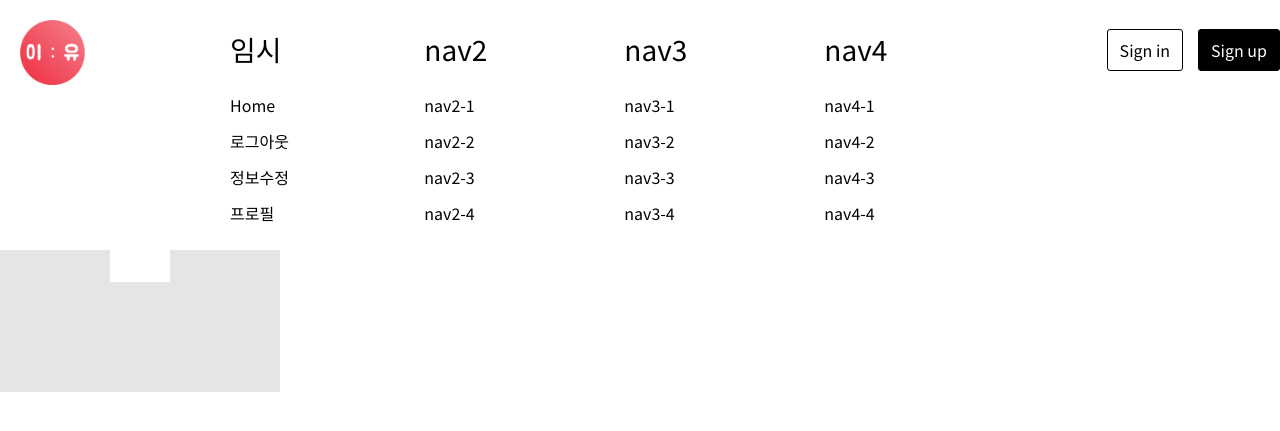
Repository: ryuwc/E_U
Page: /feeling (app in final-pjt-front/)
The author's editor kept a copy of each file at every save. The page is drawn from the files as they stood at one save, then again after the next save.
The browser window is 1280 px wide. The pictures show the whole page.
The page's requests for data from a server got no answer. Some web libraries are served in a nearby version. The project was rebuilt for these pictures with package versions that can differ from the ones it lists, and the page was loaded fresh each time. No one was signed in, and anything a server would have sent is missing. Also part of the build but not shown: final-pjt-front/vue.config.js.

Above is the page before, as saved 2022-11-23 11:30:29.

### final-pjt-front/public/index.html
<!DOCTYPE html>
<html lang="">
  <head>
    <meta charset="utf-8">
    <meta http-equiv="X-UA-Compatible" content="IE=edge">
    <meta name="viewport" content="width=device-width,initial-scale=1.0">
    <link rel="icon" href="<%= BASE_URL %>favicon.ico">
    <title>이:유</title>
    <link href="https://cdn.jsdelivr.net/npm/bootstrap@5.2.0/dist/css/bootstrap.min.css" rel="stylesheet" integrity="sha384-gH2yIJqKdNHPEq0n4Mqa/HGKIhSkIHeL5AyhkYV8i59U5AR6csBvApHHNl/vI1Bx" crossorigin="anonymous">
    <link rel="preconnect" href="https://fonts.googleapis.com">
    <link rel="preconnect" href="https://fonts.gstatic.com" crossorigin>
    <link href="https://fonts.googleapis.com/css2?family=Pacifico&display=swap" rel="stylesheet">

    <!-- 온보딩 -->
    <link rel="preconnect" href="https://fonts.googleapis.com" />
    <link rel="preconnect" href="https://fonts.gstatic.com" crossorigin />
    <link href="https://fonts.googleapis.com/css2?family=Noto+Sans+KR:wght@300;400;500;700&display=swap" rel="stylesheet" />
  </head>
  <body>
    <noscript>
      <strong>We're sorry but <%= htmlWebpackPlugin.options.title %> doesn't work properly without JavaScript enabled. Please enable it to continue.</strong>
    </noscript>
    <div id="app"></div>
    <!-- built files will be auto injected -->
    <script src="https://cdn.jsdelivr.net/npm/bootstrap@5.2.0/dist/js/bootstrap.bundle.min.js" integrity="sha384-A3rJD856KowSb7dwlZdYEkO39Gagi7vIsF0jrRAoQmDKKtQBHUuLZ9AsSv4jD4Xa" crossorigin="anonymous"></script>
    <script src="https://kit.fontawesome.com/703c5975bf.js" crossorigin="anonymous"></script>
  </body>
</html>

### final-pjt-front/src/main.js
import Vue from 'vue'
import App from './App.vue'
import store from './store'
import router from './router'
import './assets/tailwind.css'

Vue.config.productionTip = false

new Vue({
  store,
  router,
  render: h => h(App)
}).$mount('#app')

### final-pjt-front/src/App.vue
<template>
  <div id="app">
    <body>
      <header id="header">
        <div class="header">

          <img src="./image/logo.png"
          style="width: 65px; height: 65px; margin-left: 20px; margin-top: 20px; margin-bottom: 20px;"
          >

          <nav>
            <ul>
              <li>
                <div class="list">
                  <h3 class="nav_text">임시</h3>
                  <div class="hidden_nav_list">
                    <a href="">
                      <router-link  to="/home"><p class="hidden_nav_list_text">Home</p></router-link>
                    </a>
                    <a href="" @click.prevent="logOut">
                      <p class="hidden_nav_list_text">로그아웃</p>
                    </a>
                    <a href="">
                      <router-link to="/edit"><p class="hidden_nav_list_text">정보수정</p></router-link>
                    </a>
                    <a href="">
                      <router-link to="/profile"><p class="hidden_nav_list_text">프로필</p></router-link>
                    </a>
                  </div>
                </div>
              </li>
              <li>
                <div class="list">
                  <h3 class="nav_text">nav2</h3>
                  <div class="hidden_nav_list">
                    <a href="">
                      <p class="hidden_nav_list_text">nav2-1</p>
                    </a>
                    <a href="">
                      <p class="hidden_nav_list_text">nav2-2</p>
                    </a>
                    <a href="">
                      <p class="hidden_nav_list_text">nav2-3</p>
                    </a>
                    <a href="">
                      <p class="hidden_nav_list_text">nav2-4</p>
                    </a>
                  </div>
                </div>
              </li>
              <li>
                <div class="list">
                  <h3 class="nav_text">nav3</h3>
                  <div class="hidden_nav_list">
                    <a href="">
                      <p class="hidden_nav_list_text">nav3-1</p>
                    </a>
                    <a href="">
                      <p class="hidden_nav_list_text">nav3-2</p>
                    </a>
                    <a href="">
                      <p class="hidden_nav_list_text">nav3-3</p>
                    </a>
                    <a href="">
                      <p class="hidden_nav_list_text">nav3-4</p>
                    </a>
                  </div>
                </div>
              </li>
              <li>
                <div class="list">
                  <h3 class="nav_text">nav4</h3>
                  <div class="hidden_nav_list">
                    <a href="">
                      <p class="hidden_nav_list_text">nav4-1</p>
                    </a>
                    <a href="">
                      <p class="hidden_nav_list_text">nav4-2</p>
                    </a>
                    <a href="">
                      <p class="hidden_nav_list_text">nav4-3</p>
                    </a>
                    <a href="">
                      <p class="hidden_nav_list_text">nav4-4</p>
                    </a>
                  </div>
                </div>
              </li>
            </ul>
          </nav>

          <div class="header_button_group">
            <router-link v-if="!isLogin" to="/login"><button class="header_button_signin" style="color: black;">Sign in</button></router-link>
            <router-link v-if="!isLogin" to="/signup"><button class="header_button_signup">Sign up</button></router-link>
          </div>
        </div>
      </header>
    </body>


    <!-- 임시로 사용한 네브바 -->
    <!-- <nav>
      <router-link  to="/home">| Home |</router-link>
      <router-link v-if="!isLogin" to="/signup">| Sign Up |</router-link>
      <router-link v-if="!isLogin" to="/login">Login |</router-link>
      <button v-if="isLogin" @click="logOut">로그아웃 |</button>
      <router-link v-if="isLogin" to="/edit">정보수정</router-link> |
      <router-link v-if="isLogin" to="/profile">Profile |</router-link>
      <router-link to="/practice">연습</router-link> |
    </nav> -->

    <router-view />
  </div>
</template>

<script>
import { mapActions, mapGetters } from 'vuex';

const moviesStore = 'moviesStore';

export default {
  name: 'App',

  data() {
    return {
      header: null,
      logo: null,
      navText: null,
      hiddenNavText: null,
      headerBtnSignin: null,
    };
  },
  methods: {
    ...mapActions('accountsStore', ['logOut']),
    ...mapActions(moviesStore, ['getMovies']),
    ...mapActions(moviesStore, ['getNowMovies']),
    getId: (id) => {
      return document.getElementById(id);
    },
    getClass: (className) => {
      return document.getElementsByClassName(className);
    },
    test() {
      return console.log(this.getId('header'));
    },
    handleHoverHeader() {
      this.header.style.backgroundColor = '#fff';
      this.header.style.height = '250px';
      // if (this.headerBtnSignin) {
      //   this.headerBtnSignin[0].style.color = '#000';
      // }
      // this.logo.src = 'https://e7.pngegg.com/pngimages/941/692/png-clipart-black-small-apple-logo-logo-material-apple-logo.png';
      Object.values(this.navText).map((text) => (text.style.color = '#000'));
      Object.values(this.hiddenNavText).map((text) => {
        text.style.display = 'block';
        text.style.color = '#000';
      });
    },
    handleLeaveHeader() {
      this.header.style.backgroundColor = 'rgba(0,0,0,0)';
      this.header.style.height = '100px';
      // if (this.headerBtnSignin) {
      //   this.headerBtnSignin[0].style.color = '#fff';
      // }
      // this.logo.src = 'https://e7.pngegg.com/pngimages/941/692/png-clipart-black-small-apple-logo-logo-material-apple-logo.png';
      Object.values(this.navText).map((text) => (text.style.color = '#fff'));
      Object.values(this.hiddenNavText).map((text) => {
        text.style.display = 'none';
        text.style.color = '#000';
      });
    },
    main: () => {
      // header = this.getId('header');
    },
  },
  computed: {
    ...mapGetters('accountsStore', ['isLogin']),
    ...mapGetters('accountsStore', ['nickname']),
  },
  created() {
    this.getMovies(), this.getNowMovies();
  },
  mounted() {
    this.header = this.getId('header');
    this.logo = this.getId('logo');
    this.navText = this.getClass('nav_text');
    this.hiddenNavText = this.getClass('hidden_nav_list_text');
    this.headerBtnSignin = this.getClass('header_button_signin');
    // console.log(this.header);
    this.header.addEventListener('mouseover', this.handleHoverHeader);
    this.header.addEventListener('mouseleave', this.handleLeaveHeader);
  },
};
</script>


<style scoped>

body {
  margin: 0;
  padding: 0;
  width: 100%;
  height: 100%;
  background-color: white;
  color: white;
  font-family: 'Noto Sans KR', sans-serif;
}

body::-webkit-scrollbar {
  display: none;
}

h1,
h2,
h3,
h4,
h5,
h6,
ul,
li,
p {
  margin: 0;
  padding: 0;
}

ul {
  display: flex;
  height: 100%;
  list-style-type: none;
  color: inherit;
}

li {
  display: flex;
  justify-content: center;
  align-items: center;
  width: 120px;
  height: 100%;
  text-align: center;
  margin-right: 80px;
}

a {
  text-decoration: none;
  color: inherit;
}

button {
  background-color: #000;
  padding: 8px 12px;
  border: 1px solid #000;
  cursor: pointer;
  border-radius: 3px;
  color: white;
  height: fit-content;
}

button:hover {
  transform: scale(1.05);
}

button:active {
  transform: scale(0.97);
}

header {
  position: absolute;
  top: 0;
  width: 100%;
  /* height: 300px; */
  height: 100px;
  transition: 0.2s ease-in-out;
  z-index: 100;
  background-color: rgba(0, 0, 0, 0);
  overflow: hidden;
}

#header {
  display: flex;
  justify-content: center;
}

.header {
  display: flex;
  justify-content: space-between;
  width: 1280px;
  height: 100px;
}

.header_wrapper {
  display: flex;
  justify-content: space-between;
  /* width: 1280px; */
}

.logo {
  display: flex;
  align-items: center;
  width: 100px;
  height: 100px;
}

.logo img {
  width: 100%;
}

.header_button_group {
  display: flex;
  align-items: center;
  height: 100%;
}

.header_button_signin {
  margin-right: 15px;
  background-color: transparent;
}

.list {
  position: relative;
}

.hidden_nav_list {
  position: absolute;
  top: 60px;
  left: 0;
  width: 120px;
  text-align: left;
}

.hidden_nav_list p {
  margin-bottom: 12px;
  cursor: pointer;
}

.section {
  position: relative;
  width: 100vw;
  height: 100vh;
  transition: all 700ms ease 0s;
}

.section_text {
  position: absolute;
  display: flex;
  justify-content: center;
  width: 100vw;
  z-index: 2;
  top: 150px;
}

.section_header {
  top: 200px;
}

.section_text div {
  width: 1280px;
}

.section_text h2 {
  font-size: 64px;
  text-shadow: 2px 2px 2px #000;
}

.img {
  position: absolute;
  width: 100%;
  height: 100vh;
}

.img img {
  width: 100%;
  height: 100vh;
}

.more_btn {
  top: unset;
  bottom: 100px;
}

.more_btn button {
  width: 200px;
  height: 40px;
  background-color: #eee;
  border: 1px solid #000;
  color: #000;
  border: none;
  box-shadow: 2px 2px 5px rgba(0, 0, 0, 0.5);
}

#section_1_title,
#section_2_title,
#section_3_title,
#section_4_title,
#section_5_title,
#section_6_title {
  opacity: 0;
  transition: 0.5s ease-in-out;
  transition-delay: 0.5s;
  margin-left: 100px;
}

#section_6_btn {
  opacity: 0;
  transition: 0.5s ease-in-out;
  transition-delay: 0.5s;
  transform: translateY(100px);
}

#section_1_title {
  margin-left: 0;
}

.balls {
  width: 10em;
  display: flex;
  flex-flow: row nowrap;
  align-items: center;
  justify-content: space-between;
}

.balls div {
  width: 3em;
  height: 3em;
  border-radius: 50%;
  background-color: #fc2f70;
  transform: translateY(-100%);
  animation: wave 3s ease-in-out alternate infinite;
}

.balls div:nth-of-type(1) {
  animation-delay: -0.4s;
}

.balls div:nth-of-type(2) {
  animation-delay: -0.2s;
}
.balls div:nth-of-type(3) {
  animation-delay: -0.1s;
}

@keyframes wave {
  from {
    transform: translateY(-50%);
  }
  to {
    transform: translateY(50%);
  }
}

</style>

### final-pjt-front/src/store/index.js
import Vue from 'vue'
import Vuex from 'vuex'
import accountsStore from './modules/accountsStore'
import moviesStore from './modules/moviesStore';
import createPersistedState from "vuex-persistedstate";
import VuexPersistence from 'vuex-persistedstate'

Vue.use(Vuex)

const vuexLocal = new VuexPersistence({
  storage: window.localStorage,
  modules: ['accountsStore'],
})

export default new Vuex.Store({
  plugins: [createPersistedState()],

  state: {
  },
  getters: {
  },
  mutations: {
  },
  actions: {
  },
  modules: {
    accountsStore: accountsStore,
    moviesStore: moviesStore,
    plugins: [vuexLocal.plugin],
  }
})

### final-pjt-front/src/router/index.js
import Vue from 'vue'
import VueRouter from 'vue-router'

Vue.use(VueRouter)

const routes = [
  {
    path: '/signup',
    name: 'SignView',
    component: () => import('../views/accounts/SignUpView.vue')
  },
  {
    path: '/login',
    name: 'LoginView',
    component: () => import('../views/accounts/LoginView.vue'),

  //   beforeEnter(to, from, next) {
  //     // 이미 로그인 되어있는 경우
  //     this.$store.getters[accountsStore + "/i"] ? next({ name: "home" }) : next();
  //     to, from, next;
  //     console.log();
  //     // if (localStorage.getItem('token')) {
  //     //   // 메인 페이지로 이동
  //     //   next({ name: 'main' });
  //     // } else {
  //     //   next();
  //     // }
  //   }
  },
  {
    path: '/edit',
    name: 'EditUserView',
    component: () => import('../views/accounts/EditUserView.vue')
  },
  {
    path: '/profile/:id',
    name: 'ProfileView',
    component: () => import('../views/accounts/ProfileView.vue')
  },
  // {
  //   path: '/',
  //   name: 'IntroPageView',
  //   component: () => import('../views/movies/IntroPageView.vue')
  // },
  {
    path: '/home',
    name: 'MovieView',
    component: () => import('../views/movies/MovieView.vue')
  },
  {
    path: '/practice',
    name: 'PracticeView',
    component: () => import('../views/accounts/PracticeView.vue')
  },
  {
    path: '/test',
    name: 'TestView',
    component: () => import('../views/accounts/TestView.vue')
  },
  {
    path: '/choice',
    name: 'ChoiceMovieView',
    component: () => import('../views/accounts/ChoiceMovieView.vue')
  },
  {
    path: '/random',
    name: 'RandomMovieView',
    component: () => import('../views/movies/RandomMovieView.vue')
  },
  {
    path: '/feeling',
    name: 'FeelingMovieView',
    component: () => import('../views/movies/FeelingMovieView.vue')
  },
  {
    path: '/movies/:id',
    name: 'MovieDetailInfoView',
    component: () => import('../views/movies/MovieDetailInfoView.vue')
  },
  {
    path: '/',
    name: 'onBoardingView',
    component: () => import('../views/onBoardingView.vue')
  },
  {
    path: '/test2',
    name: 'TestTwoView',
    component: () => import('../views/TestTwoView.vue')
  },
  {
    path: '/test3',
    name: 'TestThree',
    component: () => import('../views/testThree.vue')
  },
  {
    path: '/maintest',
    name: 'MainTest',
    component: () => import('../views/MainTest.vue')
  },
  {
    path: '*',
    name: 'NotPound404View',
    component: () => import('../views/NotPound404View.vue')
  },
]

const router = new VueRouter({
  mode: 'history',
  base: process.env.BASE_URL,
  routes
})

// 로컬스토리지에서 토큰 가져오기
// console.log(JSON.parse(localStorage.getItem("vuex")).accountsStore.token);


// // 전역 가드
// router.beforeEach((to, from, next) => {
//   // 로그인 되어 있는지 확인 (위의 방법 확인)
//   const isLogin = JSON.parse(localStorage.getItem("vuex")).accountsStore.token ? true : false;
//   // 로그인이 필요한 페이지
//   const authPages = ['EditUserView', 'profile'];
//   // 앞으로 이동할 페이지(to)가 로그인이 필요한 페이지에 속하는지 확인
//   const authRequired = authPages.includes(to.name);
//   // 로그인이 필요한 페이지에 로그인이 되어 있지 않으면 로그인 페이지로 이동
//   if (authRequired && !isLogin) {
//     next('/login');
//     // 로그인이 필요 없는 페이지에 로그인이 되어 있으면 메인 페이지로 이동
//   } else{
//     next();
//   }
// })

export default router

### final-pjt-front/src/store/modules/accountsStore.js
import axios from "axios";
import router from "@/router";

const API_URL = "http://127.0.0.1:8000";

const accountsStore = {
  namespaced: true,
  state: {
    token: "",
    user: {},
    usernames: [],
  },
  getters: {
    authHead: (state) => ({ Authorization: `Token ${state.token}` }),
    user: (state) => state.user,
    username: (state) => state.user.username,
    nickname: (state) => state.user.nickname || state.user.username,
    isLogin: (state) => state.token ? true : false,
    usernames: (state) => state.usernames,

  },
  mutations: {
    SET_TOKEN: (state, token) => ( state.token = token ),
    SET_USER: (state, user) => (state.user = user),
  },
  actions: {
    test() {
      console.log("test");
    },
    getUserInfo({ commit, getters }, username) {
      axios({
        method: "get",
        url: `${API_URL}/accounts/profile/${username}`,
        headers: getters.authHead,
      })
        .then((res) => {
          console.log(res.data);
          commit("SET_USER", res.data);
        })
        .catch((err) => {
          console.log(err);
        });
    },

    signUp({ state }, user) {
      // console.log("sign up");
      // console.log(user);
      let signUpuser = {
        username: user.username,
        nickname: user.nickname,
        password1: user.password1,
        password2: user.password2,
      };
      if (!user.nickname) {
        signUpuser = {
          username: user.username,
          password1: user.password1,
          password2: user.password2,
        };
      }
      // console.log(signUpuser);
      axios({
        method: "post",
        url: "http://127.0.0.1:8000/accounts/signup/",
        data: { ...signUpuser },
      })
        .then((res) => {
          res
          state.usernames.push(user.username);
          router.push({ name: "LoginView" });
        })
        .catch((err) => {
          console.log(err);
        });
    },
    login({ commit, dispatch }, user) {
        // console.log(user);
        axios({
          method: 'post',
          url: `${API_URL}/accounts/login/`,
          data: { ...user },
        })
        .then(res => {
          // console.log(res);
          commit('SET_TOKEN', res.data.key);
          dispatch('getUserInfo', user.username);
        })
        .catch((err) => {
          console.log(err);
        });
      },
      logOut({ commit, getters }) {
        // console.log("logout", getters.authHead);
        axios({
          method: 'post',
          url: `${API_URL}/accounts/logout/`,
          headers: getters.authHead,
        })
        .then(res => {
          console.log(res);
          commit('SET_TOKEN', '');
          commit('SET_USER', {});
        })
        .catch(err => {
          console.log(err);
        })
      },
      editUserInfo({ dispatch, commit, getters }, user) {
        // console.log(user);
        commit
        user
        const userOrigin = getters.user;
        // console.log(userOrigin);
        const userNew = { ...userOrigin, ...user };
        // console.log(userNew);
        // console.log(getters.authHead);
        axios({
          method: 'put',
          url: `${API_URL}/accounts/profile/${getters.username}/`,
          data: { ...userNew },
          headers: getters.authHead,
        })
        .then(res => {
          console.log(res);
          // commit('SET_USER', res.data);
          dispatch('getUserInfo', res.data.username);
        })
      },
      editPassword({ getters }, password) {
        // console.log(password);
        axios({
          method: 'post',
          url: `${API_URL}/accounts/password/change/`,
          headers: getters.authHead,
          data: { ...password },
        })
        .then(() => {
          alert('비밀번호 변경에 성공했습니다.');
        })
        .catch(err => {
          console.log(err);
        })
      },
  }
}

export default accountsStore

### final-pjt-front/src/views/movies/FeelingMovieView.vue
<template>
  <body style="margin-top: 7rem; top: 0;">
    <div class="menu">
      <div class="toggle"></div>
    </div>
  </body>
</template>

<script>
export default {
  name: 'FeelingMovieView',

  data() {
    return {

    };
  },

  mounted() {

  },

  methods: {

  },
};
</script>

<style scoped>
.menu {
  position: relative;
  width: 280px;
  height: 280px;
  background: rgba(0, 0, 0, 0.1);
  display: flex;
  justify-content: center;
  align-items: center;
}

.menu .toggle {
  position: relative;
  width: 60px;
  height: 60px;
  background: #fff;
}

</style>

### final-pjt-front/tailwind.config.js
/** @type {import('tailwindcss').Config} */
module.exports = {
  corePlugins: {
    preflight: false,
  },
  content: [
      './src/views/accounts/*.{vue,js,ts,jsx,tsx}',
      './src/views/movies/MovieDetailInfoView.vue',
      './src/views/NotPound404View.vue',
      './src/components/ReviewCandi1.vue',
      './src/views/TestTwoView.vue',
      // './src/components/MoviveCard.vue',
      './src/components/PosterSlider.vue',
      './src/components/MovieClip.vue',
      './src/components/MovieDetailR.vue',
    ],
  theme: {
    extend: {},
  },
  plugins: [],
}

Loaded but not shown: final-pjt-front/src/assets/tailwind.css (common file); final-pjt-front/src/store/modules/moviesStore.js (237 lines, source omitted)

After the next save:
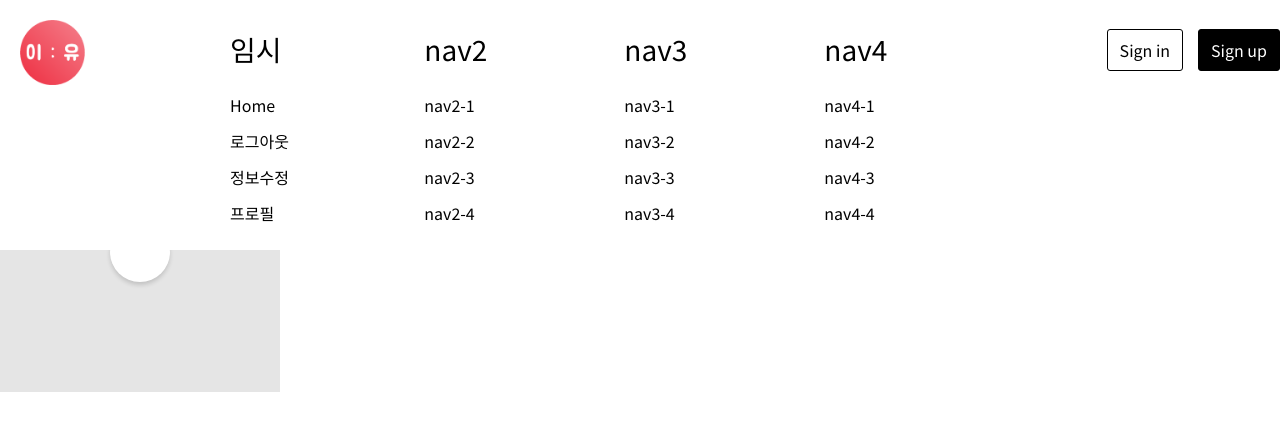
Saved 45 s later.
--- a/final-pjt-front/src/views/movies/FeelingMovieView.vue
+++ b/final-pjt-front/src/views/movies/FeelingMovieView.vue
@@ -42,6 +42,8 @@ export default {
   width: 60px;
   height: 60px;
   background: #fff;
+  border-radius: 50%;
+  box-shadow: 0 3px 4px rgba(0, 0, 0, 0.15);
 }
 
 </style>
